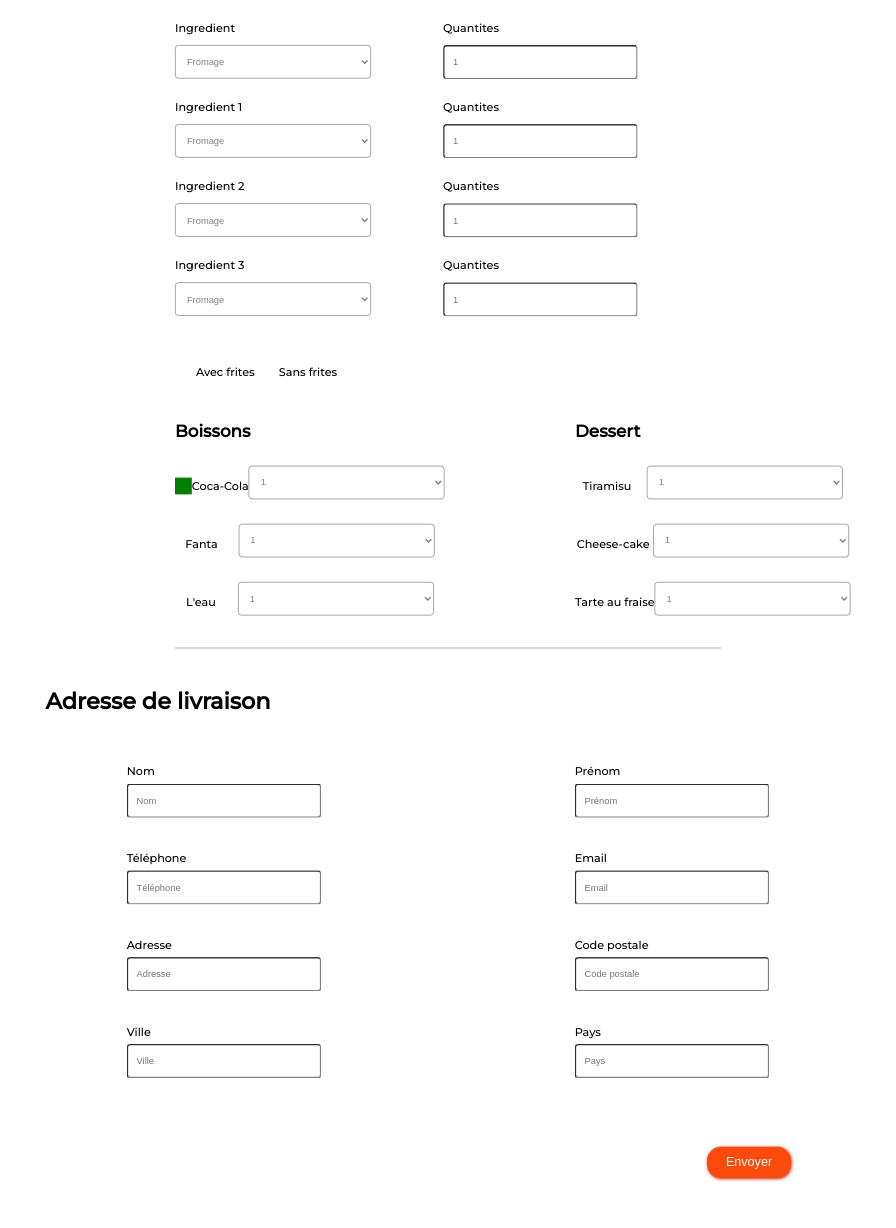
Repository: Ahlam-belhadj/bella-olange
Page: index2.html
An editor plug-in stored every save of this project. The page is shown before and after a run of saves, followed by the edit.
The browser window is 1280 px wide. The pictures show the part of the page from y = 1525 to 3445 px (the page is 3279 px tall before and 3445 px after), at 70% of full size.

Above is the page before, as saved 2023-02-15 09:17:36.

### index2.html
<!DOCTYPE html>
<html lang="en">

<head>
    <meta charset="UTF-8">
    <meta http-equiv="X-UA-Compatible" content="IE=edge">
    <meta name="viewport" content="width=device-width, initial-scale=1.0">
    <link rel="stylesheet" href="https://cdnjs.cloudflare.com/ajax/libs/font-awesome/6.2.1/css/all.min.css" />
    <link rel="stylesheet" href="style2.css">
    <title>Bella olanje</title>
</head>

<body>
  <header>

    <nav>
      <ul class="nav-bar">
          <div class="logo"><a href='#'><img src="image/logo_bella_olonje.png" alt="jsp"></a></div>
          <input type="checkbox" id="check" />
          <span class="menu">
              <li><a href="index.html" class="nav-link">Home</a></li>
              <li><a href="#pizza" class="nav-link">Pizzas</a></li>
              <li><a href="#burger" class="nav-link">Burgers</a></li>
              <li><a href="#salades" class="nav-link">Salades</a></li>
              <li><a href="index3.html" class="nav-link">Contact</a></li>
              <label for="check" class="close-menu"><i class="fas fa-times"></i></label>
          </span>
          <label for="check" class="open-menu"><i class="fas fa-bars"></i></label>
      </ul>
  </nav>

    <div class="title">
        <div class="texte">
            <h3>Food app</h3>
            <h1>Chez Bella <br>
                chaque désire s'additionne.</h1>
        </div>
    </div>
</header>




    <main>
      <div class="infos" id="form-infos">
        <form>
          <h1>Vos informations</h1>

          <div class="grp_infos">
            <div class="nom_prenom">
              <div class="label1">
                <label class="label_nom">Nom</label><br>
                <input type="text" placeholder="Nom">
              </div>
              <div class="label1">
                <label class="label_nom">Prénom</label><br>
                <input type="text" placeholder="Prénom">
              </div>
            </div>

            <div class="telephone_email">
              <div class="label1">
                <label class="label_nom">Téléphone</label><br>
                <input type="text" placeholder="Téléphone">
              </div>
              <div class="label1">
                <label class="label_nom">Email</label><br>
                <input type="text" placeholder="Email">
              </div>
            </div>
          </div>
        </form>
      </div>

      <hr>

      <div class="commande">
        <form>
          <h1>Votre commande</h1>
          <h3>Suppléments</h3>
          <div class="grp_suppliment">
            <div class="ingredient_quantite">
              <div class="fromage">
                <label>Ingredient</label><br>
                <select name="ingr" class="suppléments">
                  <option value="fromage">Fromage</option>
                  <option value="fromage">Fromage</option>
                  <option value="fromage">Fromage</option>
                  <option value="fromage">Fromage</option>
                  <option value="fromage">Fromage</option>
                  <option value="fromage">Fromage</option>
                  <option value="fromage">Fromage</option>
                </select>
              </div>
              <div class="box">
                <label>Quantites</label><br>
                <input type="number" min="0" placeholder="1">
              </div>
            </div>

            <div class="ingredient_quantite">
             <div class="fromage">
                <label>Ingredient 1</label><br>
                <select name="ingr" class="suppléments">
                  <option value="fromage">Fromage</option>
                  <option value="fromage">Fromage</option>
                  <option value="fromage">Fromage</option>
                  <option value="fromage">Fromage</option>
                  <option value="fromage">Fromage</option>
                  <option value="fromage">Fromage</option>
                  <option value="fromage">Fromage</option>
                </select>
              </div>
              <div class="box">
                <label>Quantites</label><br>
                <input type="number" min="0" placeholder="1">
              </div>
            </div>

            <div class="ingredient_quantite">
              <div class="fromage">
                <label>Ingredient 2</label><br>
                <select name="ingr" class="suppléments">
                  <option value="fromage">Fromage</option>
                  <option value="fromage">Fromage</option>
                  <option value="fromage">Fromage</option>
                  <option value="fromage">Fromage</option>
                  <option value="fromage">Fromage</option>
                  <option value="fromage">Fromage</option>
                  <option value="fromage">Fromage</option>
                </select>
              </div>
              <div class="box">
                <label>Quantites</label><br>
                <input type="number" min="0" placeholder="1">
              </div>
            </div>

            <div class="ingredient_quantite">
              <div class="fromage">
                <label>Ingredient 3</label><br>
                <select name="ingr" class="suppléments">
                  <option value="fromage">Fromage</option>
                  <option value="fromage">Fromage</option>
                  <option value="fromage">Fromage</option>
                  <option value="fromage">Fromage</option>
                  <option value="fromage">Fromage</option>
                  <option value="fromage">Fromage</option>
                  <option value="fromage">Fromage</option>
                </select>
              </div>
              <div class="box">
                <label>Quantites</label><br>
                <input type="number" min="0" placeholder="1">
              </div>
            </div>
          </div>


          <div class="check2">
            <label class="container">Avec frites
              <input type="radio" checked="checked" name="radio">
              <span class="checkmark"></span>
            </label>
            <label class="container">Sans frites
              <input type="radio" name="radio">
              <span class="checkmark"></span>
            </label>
          </div>


          <div class="all">
            <div class="content_of_boisson">
                <h2>Boissons</h2>
                <div class="boissons">
                    <div class="carre"></div>
                    <label>Coca-Cola</label>
                    <select name="Fromage" class="Fromage" style="margin-top: 10px;">
                      <option value="">1</option>
                      <option value="">2</option>
                      <option value="">3</option>
                      <option value="">4</option>
                    </select>
                </div>
                <div class="boissons">
                    <!-- <div class="carre grey"></div> -->
                    <label>Fanta</label>
                    <select name="Fromage" class="Fromage" style="margin-top: 10px;">
                      <option value="">1</option>
                      <option value="">2</option>
                      <option value="">3</option>
                      <option value="">4</option>
                    </select>
                </div>
                <div class="boissons">
                    <!-- <div class="carre grey"></div> -->
                    <label>L'eau</label>
                    <select name="Fromage" class="Fromage" style="margin-top: 10px;">
                      <option value="">1</option>
                      <option value="">2</option>
                      <option value="">3</option>
                      <option value="">4</option>
                    </select>
                </div>
            </div>

            <div class="content_of_dessert">
                <h2>Dessert</h2>
                <div class="boissons dessert">
                    <!-- <div class="carre"></div> -->
                    <label>Tiramisu</label>
                    <select name="Fromage" class="Fromage" style="margin-top: 10px;">
                        <option value="">1</option>
                        <option value="">2</option>
                        <option value="">3</option>
                        <option value="">4</option>
                    </select>
                </div>
                <div class="boissons dessert">
                    <!-- <div class="carre grey"></div> -->
                    <label>Cheese-cake</label>
                    <select name="Fromage" class="Fromage" style="margin-top: 10px;">
                      <option value="">1</option>
                      <option value="">2</option>
                      <option value="">3</option>
                      <option value="">4</option>
                    </select>
                </div>
                <div class="boissons dessert">
                    <!-- <div class="carre grey"></div> -->
                    <label>Tarte au fraise</label>
                    <select name="Fromage" class="Fromage" style="margin-top: 10px;">
                      <option value="">1</option>
                      <option value="">2</option>
                      <option value="">3</option>
                      <option value="">4</option>
                    </select>
                </div>
            </div>
            </div>
        </form>
      </div>

      <hr>

      <div class="livraison">
        <form>
          <h1>Adresse de livraison</h1>
          <div class="grp_infos">
            <div class="nom_prenom">
              <div class="label1">
                <label class="label_nom">Nom</label><br>
                <input type="text" placeholder="Nom">
              </div>
              <div class="label1">
                <label class="label_nom">Prénom</label><br>
                <input type="text" placeholder="Prénom">
              </div>
            </div>

            <div class="telephone_email">
              <div class="label1">
                <label class="label_nom">Téléphone</label><br>
                <input type="text" placeholder="Téléphone">
              </div>
              <div class="label1">
                <label class="label_nom">Email</label><br>
                <input type="text" placeholder="Email">
              </div>
            </div>
            <div class="nom_prenom">
              <div class="label1">
                <label class="label_nom">Adresse</label><br>
                <input type="text" placeholder="Adresse">
              </div>
              <div class="label1">
                <label class="label_nom">Code postale</label><br>
                <input type="text" placeholder="Code postale">
              </div>
            </div>

            <div class="telephone_email">
              <div class="label1">
                <label class="label_nom">Ville</label><br>
                <input type="text" placeholder="Ville">
              </div>
              <div class="label1">
                <label class="label_nom">Pays</label><br>
                <input type="text" placeholder="Pays">
              </div>
            </div>
          </div>
            <div class="div_button"><button class="button" type="button">Envoyer</button></div>
        </form>

      </div>
    </main>

</body>

</html>

### style2.css
@import url('https://fonts.googleapis.com/css2?family=Montserrat:wght@100;200;500&display=swap');

body {
    font-family: Montserrat, sans-serif;
    margin: auto;
}


.logo img{
  height: 100px;
  width: 150px;
}


.nav-bar {
  display: flex;
  justify-content: space-between;
  align-items: center;
  list-style: none;
  position: relative;
  background-color: #FFF;
  padding: 12px 20px;
}

.menu {
  display: flex;
}

.menu li {
  padding-left: 20px;
  padding-right: 55px;
}

.menu li a {
  display: inline-block;
  text-decoration: none;
  color: #333;
  text-align: center;
  position: relative;
}

.menu li a:hover {
  color: #FA4A0C;
}

.open-menu {
  position: absolute;
  color: #FA4A0C;
  cursor: pointer;
  font-size: 1.5rem;
  display: none;
}

.close-menu {
  position: absolute;
  color: #333;
  cursor: pointer;
  font-size: 1.5rem;
  display: none;
  padding: 10px;
}

.open-menu {
  top: 50%;
  right: 20px;
  transform: translateY(-50%);
}

.close-menu {
  top: 20px;
  right: 20px;
}

#check {
  display: none;
}

@media(max-width: 920px) {
  .menu {
      flex-direction: column;
      align-items: center;
      width: 60%;
      height: 100vh;
      position: fixed;
      top: 0;
      right: -100%;
      z-index: 100;
      background-color: rgb(255, 88, 70);
      transition: all 0.2s ease-in-out;
      padding-top: 100px;
  }

  .menu li {
      margin-top: 40px;
  }

  .menu li a {
      padding: 10px;
      color: #FFF;
  }

  .open-menu {
      display: block;
      padding-right: 25px;
      padding-top: 13px;
  }

  .close-menu {
      display: block;
      color: #FFF;
      padding-right: 25px;
      padding-top: 22px;
  }

  #check:checked~.menu {
      right: 0;
  }

  .menu li a:hover {
      color: #333;
  }

  .nav-link {
      font-family: Montserrat;
      letter-spacing: .8px;
  }
}
.title {
  background-image: url(image/Rectangle\ 48.png);
  height: 619px;
  background-repeat: no-repeat;
  background-position: center;
  background-size: cover;



}

.texte{
    color: white;
    display: flex;
    align-items: center;
    justify-content: center;
    flex-direction: column;
    text-align: center;
    height: 50%;
}




/*infos*/


.ingredient_quantite{
    display: flex;
    flex-direction:row;
    justify-content: flex-start;
    gap: 10%;
    margin-bottom: 10px;
}


.label1 input {
    width: 250px;
    height: 35px;
    margin-bottom: 20px;
    margin-top: 8px;
    padding: 5px 12px;
    color: grey;
    border-radius: 5px;
    border-color: gray;
}


.infos h1 {
    padding: 85px;
}

hr {
    height: 3px;
    background-color:#d8d8d8;
    border: none;
    margin: 25px 250px 25px;
}

.nom_prenom {
    display: flex;
    justify-content: space-around;
    padding-right: 0px;
    padding-bottom: 28px;
}
.telephone_email {
    display: flex;
    justify-content: space-around;
    padding-right: 0px;
    padding-bottom: 28px;
}

/*infos*/

/*livraison*/

.livraison h1 {
    margin-left: 65px;
    padding-top: 30px;
    padding-bottom: 50px;
}
/*livraison*/

/*commande*/
.suppléments {
    width: 280px;
    height: 48px;
    margin-bottom: 20px;
    margin-top: 15px;
    padding: 5px 12px;
    color: grey;
    border-radius: 5px;
    border-color: gray;
    background-color: #FFFFFF;
}


.commande {
    margin-left: 250px;
}

.commande h1 {
    padding-top: 30px;
}

.commande h3 {
    padding-top: 50px;
    padding-bottom: 42px;
}

.box input {
    width: 250px;
    height: 35px;
    margin-bottom: 20px;
    margin-top: 15px;
    padding: 5px 12px;
    color: grey;
    border-radius: 5px;
    border-color: gray;
}

.boissons_dessert {
    display: flex;
    flex-direction: row;
}

/*commande*/


.div_button {
    padding: 50px 150px 70px 0px;
    display: flex;
    justify-content: flex-end;
}

button {
    border: 0;
    line-height: 2.5;
    width: 120px;
    padding: 0 18px;
    font-size: 18px;
    text-align: center;
    color: #fff;
    border-radius: 20px;
    background-color: #FA4A0C;
    box-shadow: 1px 1px 5px #B73227;
}


/*dessert et boissons*/

.avec, .sans {
    display: flex;
    flex-direction: row;
    justify-content: space-around;
    width: 150px;
    height: 40px;
    align-items: center;
}

.sans_f {
    padding-top: 39px;
    padding-left: 50px;
}
.avec_f {
    padding-left: 10px;
}





.boissons{
     display: flex;
    align-items: center;
    justify-content: space-around;
    /* width: 31rem; */
    padding-top: 5px;
}

.carre {
    width: 24px;
    height: 24px;
    background-color: green;
}

.carre.grey {
    background-color: #C4C4C4;
}

.all {
    display: flex;
}

.content_of_dessert {
    margin-left: 186px;
}

.Fromage {
    padding: 7px;
    border-radius: 5px;
    width: 280px;
    height: 48px;
    margin-bottom: 20px;
    margin-top: 8px;
    padding: 5px 12px;
    color: grey;
    border-radius: 5px;
    border-color: gray;
    background-color: #FFFFFF;
}
/*dessert et boissons*/


/*checkbox*/
.check2 {
    padding-top: 40px;
    padding-bottom: 40px;
}
.container {
    padding-left: 30px;
    margin-bottom: 12px;
    cursor: pointer;
    font-size: 16px;


  }

  .container input {
    position: absolute;
    opacity: 0;
    cursor: pointer;
  }

  .checkmark {
    position: absolute;
    top: 0;
    left: 0;
    height: 21px;
    width: 21px;
    background-color: rgba(176, 176, 176, 0.677);
    border-radius: 50%;
}




  .container input:checked  .checkmark {
    background-color: #2e3983;
  }

  .checkmark:after {
    position: absolute;
    display: none;
  }

  .container input:checked ~ .checkmark:after {
    display: block;
  }

  .container .checkmark:after {
       top: 9px;
      left: 9px;
      width: 8px;
      background: white;
  }
/*checkbox*/

@media (max-width:650px) {
  .nom_prenom {
      display: flex;
      flex-direction: column;
      padding-left: 15%;
  }

  .telephone_email {
      display: flex;
      flex-direction: column;
      padding-left: 15%;
  }

  .ingredient_quantite{
    display: flex;
    flex-direction: column;
  }

  .all{
    display: flex;
    flex-direction: column;
  }

  .content_of_dessert{
    margin-left: 0px;
  }

  .Fromage{
    width: 200px;
  }

  .commande {
    margin-left: 60px;
}


h2{
  text-align: center;
}

h1{
  text-align: center;
}

.livraison h1 {
  margin-left: 5px;
}


}

@media screen and (min-width:651px) and (max-width:1199px) {
  .nom_prenom {
    display: flex;
    flex-direction: column;
    padding-left: 15%;
}

.telephone_email {
    display: flex;
    flex-direction: column;
    padding-left: 15%;
}

.ingredient_quantite{
  display: flex;
  flex-direction: column;
}

.all{
  display: flex;
  flex-direction: column;
}

.content_of_dessert{
  margin-left: 0px;
}

.Fromage{

  width: 247px;
text-align: center;
}


h2{
  text-align: center;
}
h1{
  text-align: center;
}

.label1 input {
  width: 550px;

}

.suppléments {
  width: 550px;
}


.box input {
  width: 520px;
}

.commande {
  margin-left: 150px;
}
.content_of_boisson {
  padding-right: 550px;
}

.content_of_dessert {
  padding-right: 550px;
}
}

After the next 3 saves:
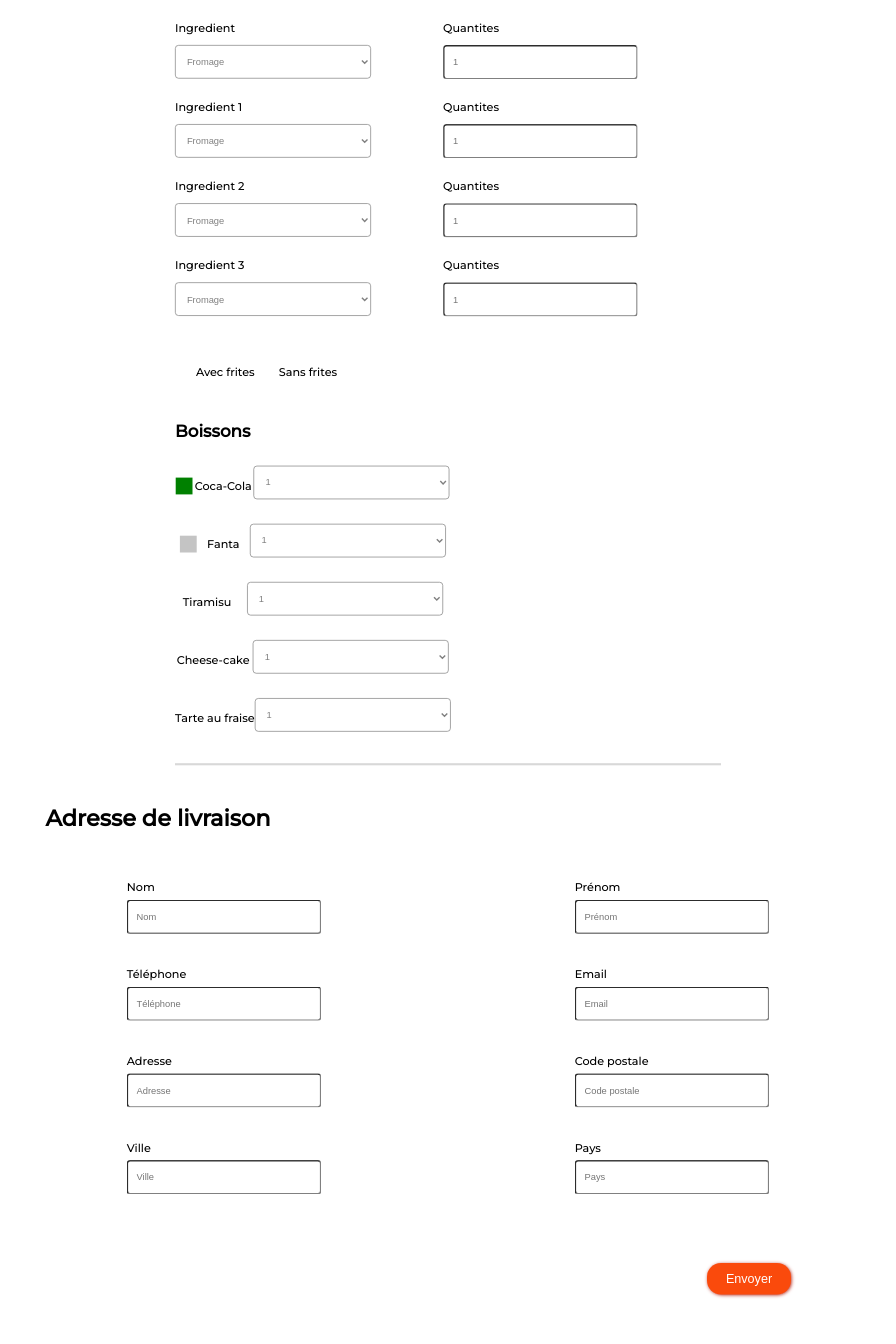
The 3 saves are shown as one change because they came seconds apart.
The last was saved 11 s later.
--- a/index2.html
+++ b/index2.html
@@ -183,7 +183,7 @@
                     </select>
                 </div>
                 <div class="boissons">
-                    <!-- <div class="carre grey"></div> -->
+                    <div class="carre grey"></div>
                     <label>Fanta</label>
                     <select name="Fromage" class="Fromage" style="margin-top: 10px;">
                       <option value="">1</option>
@@ -193,7 +193,7 @@
                     </select>
                 </div>
                 <div class="boissons">
-                    <!-- <div class="carre grey"></div> -->
+                    <!-- <div class="carre grey"></div>
                     <label>L'eau</label>
                     <select name="Fromage" class="Fromage" style="margin-top: 10px;">
                       <option value="">1</option>

After the save that followed:
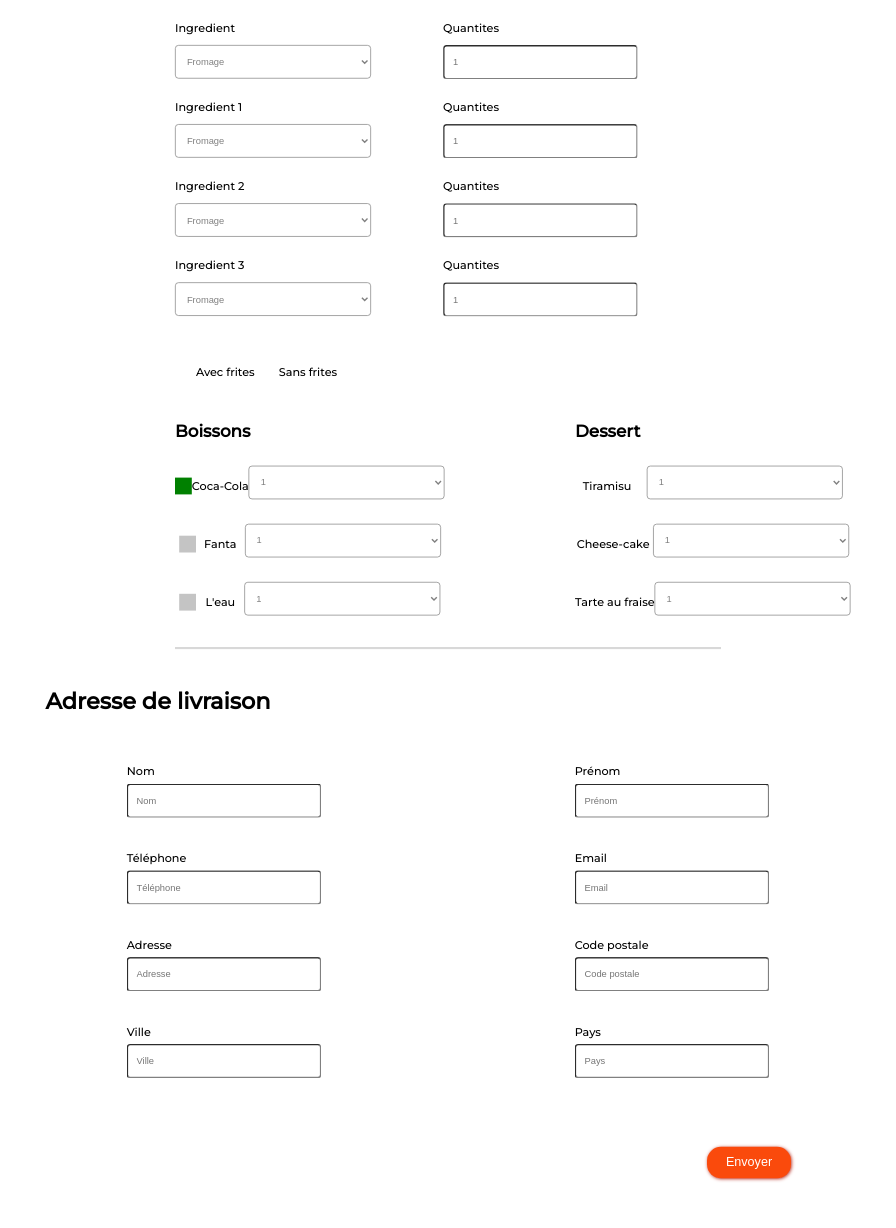
Saved 4 s later.
--- a/index2.html
+++ b/index2.html
@@ -193,7 +193,7 @@
                     </select>
                 </div>
                 <div class="boissons">
-                    <!-- <div class="carre grey"></div>
+                   <div class="carre grey"></div>
                     <label>L'eau</label>
                     <select name="Fromage" class="Fromage" style="margin-top: 10px;">
                       <option value="">1</option>
